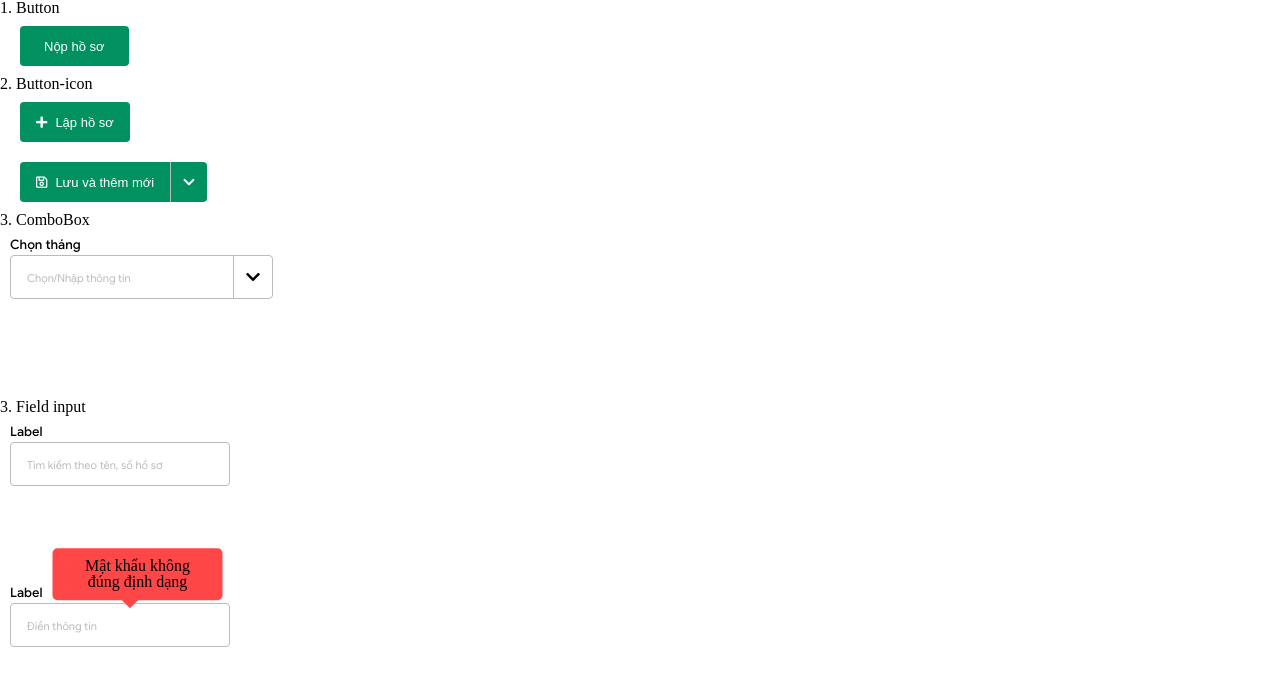
Repository: DAOVANLOI2K1/cukcuk_employeeGrid
Page: Page/index.html
An editor plug-in stored every save of this project. The page is shown before and after a run of saves, followed by the edit.
The browser window is 1280 px wide. The pictures show the whole page.

Above is the page before, as saved 2022-06-28 10:00:02.

After the next 2 saves:
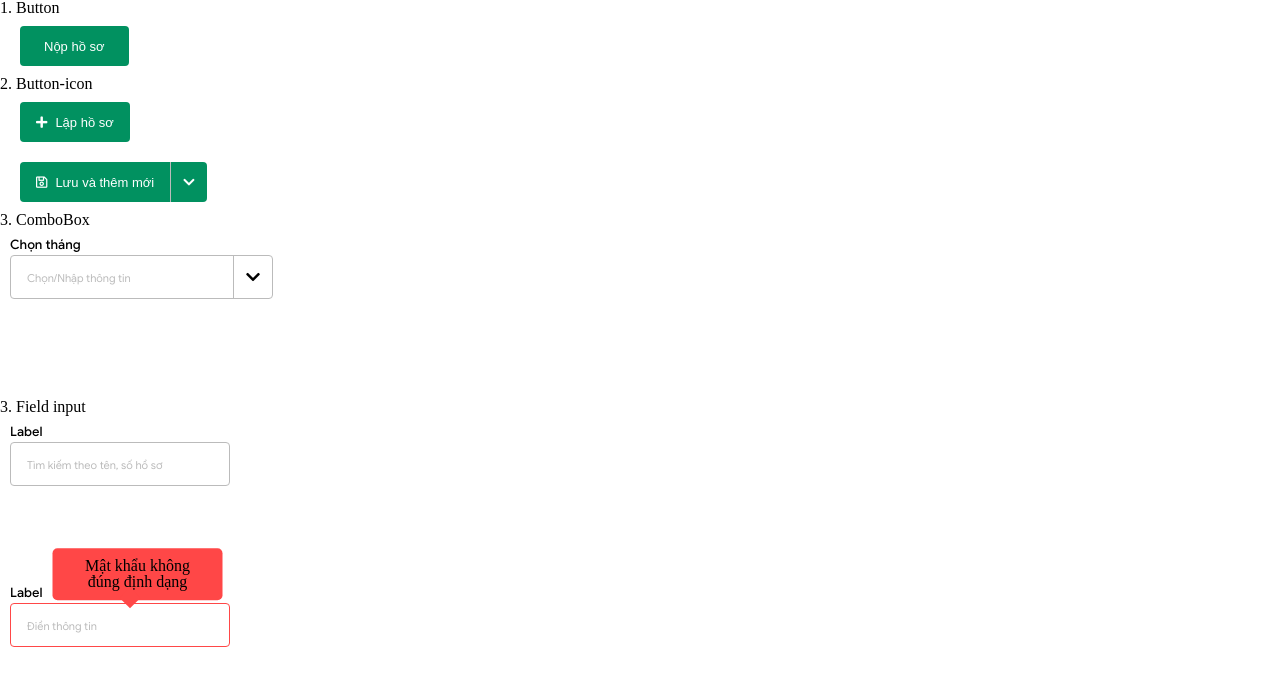
The 2 saves are shown as one change because they came seconds apart.
The last was saved 5 s later.
--- a/css/common/fieldInput.css
+++ b/css/common/fieldInput.css
@@ -20,5 +20,5 @@
 }
 
 .error_input {
-    border
+    border-color: #ff4747;
 }
